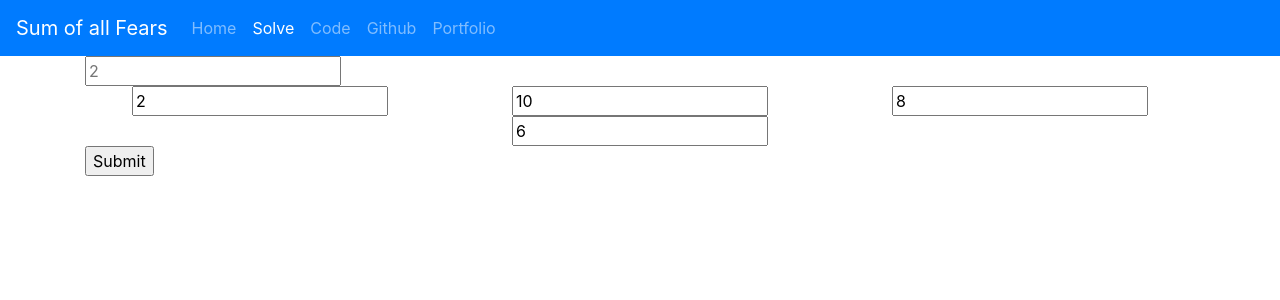
Repository: zhadjah9559/BrainBufferOverflow
Page: solve.html
These files come from the project's save history. The page is drawn as it stood at one moment and after a run of saves; the edit follows.
The browser window is 1280 px wide. The pictures show the whole page.

Above is the page before, as saved 2021-01-13 15:06:52.

After the next 6 saves:
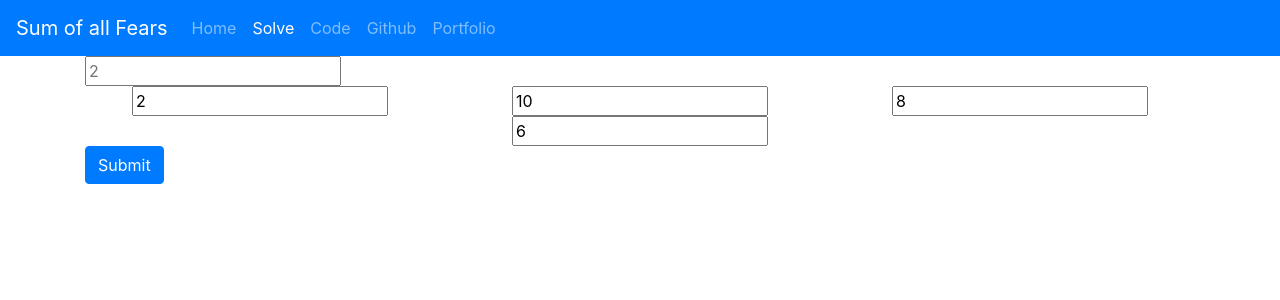
The 6 saves are shown as one change because they came seconds apart.
The last was saved 18 s later.
--- a/solve.html
+++ b/solve.html
@@ -63,7 +63,7 @@
 
         <div class="row">
             <div class="col">
-             <input type="submit" id="kInput" name="kInput"  placeholder="2">
+             <input  class="btn btn-primary" type="submit" id="kInput" name="kInput"  placeholder="2">
 
             </div>
         </div>
